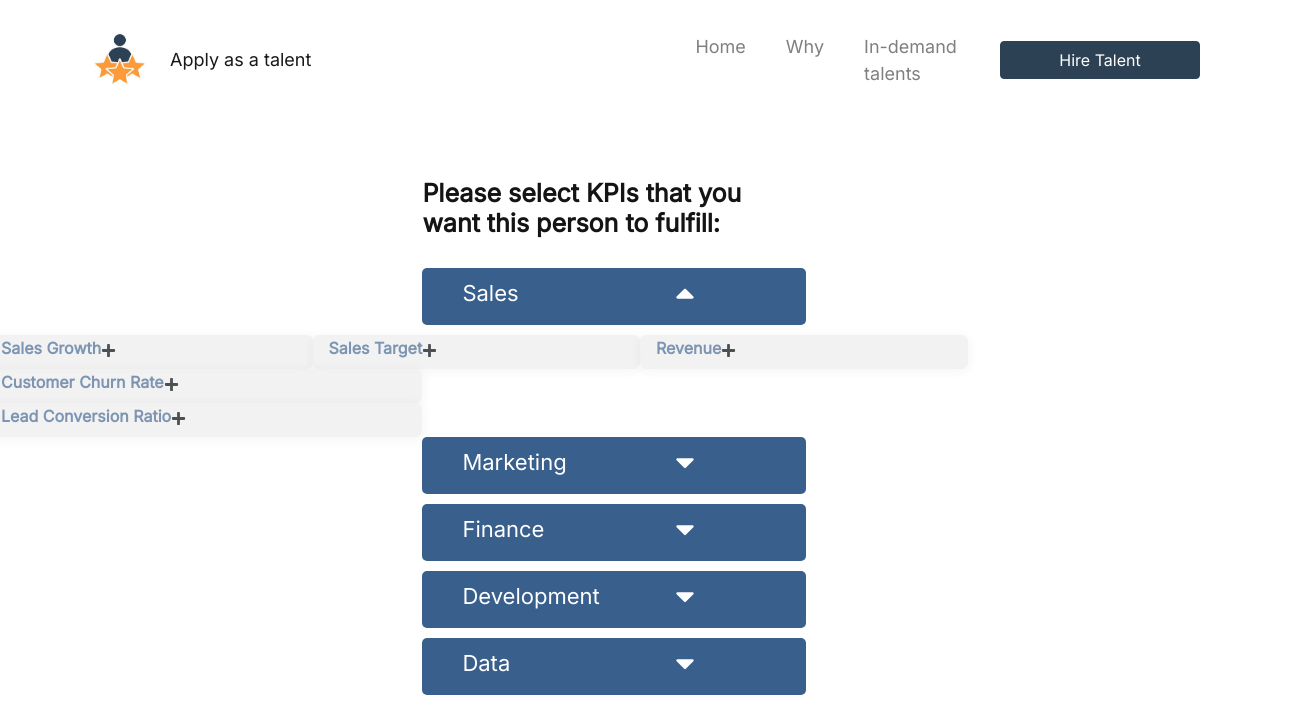
Repository: Ashwe9/talent-hire-reactJs
Page: /kpis, after clicking the first element matching `div.dropdown-box`
An editor plug-in stored every save of this project. The page is shown before and after the next save, followed by the edit.
The browser window is 1280 px wide. The page is 1295 px wide, so the pictures cover 1295 px, including what lies to the right of the window. The pictures show the whole page.
The project was rebuilt for these pictures with package versions that can differ from the ones it lists, and the page was loaded fresh each time. A package was used in the major version that the imports need, not the one package.json lists. Also part of the build but not shown: src/homePage/components/TrustedBy/TrustedBy.css, src/homePage/components/TrustedBy/TrustedBy.js, src/homePage/components/Roles/Roles.css, src/homePage/components/Roles/Roles.js, src/homePage/components/homePageFooter/HomePageFooter.css, src/homePage/components/homePageFooter/HomePageFooter.js, src/homePage/HomePage.js, src/projectDetails/ProjectDetails.js.

Above is the page before, as saved 2022-08-18 17:09:00.

After the next save:
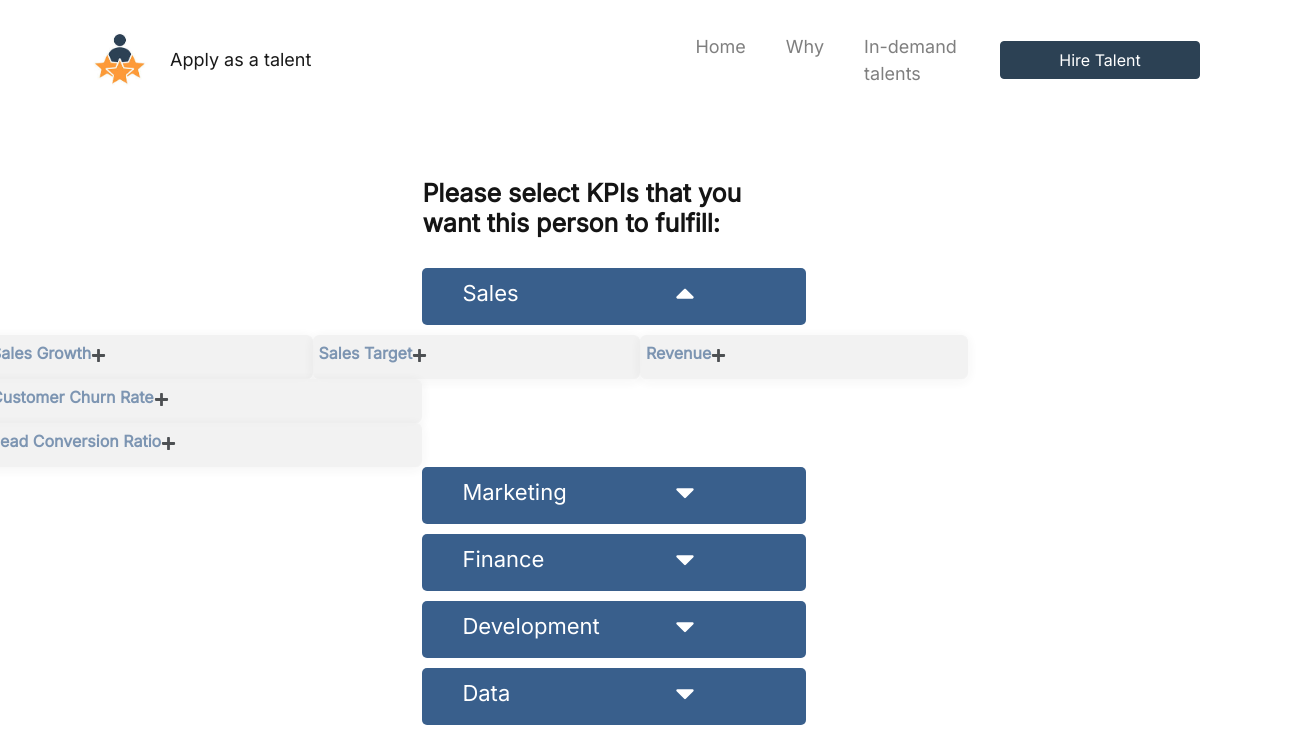
Saved 11 s later.
--- a/src/kpisPage/Talents.css
+++ b/src/kpisPage/Talents.css
@@ -27,6 +27,7 @@
     box-shadow: 0px 2px 14px 1px rgba(0, 0, 0, 0.06);
     border-radius: 6px;
     display: flex;
+    padding: 5px;
 }
 
 
